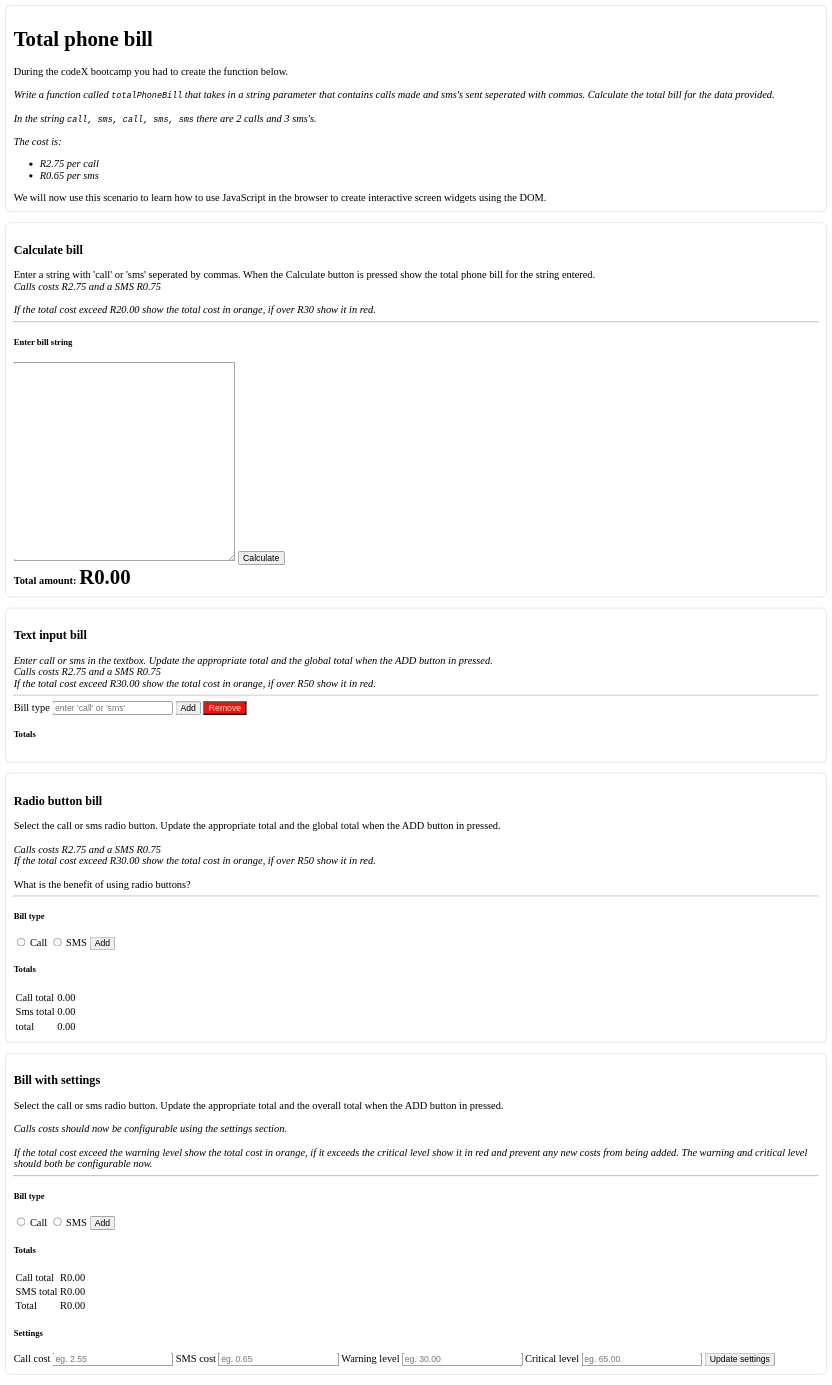
Repository: lasity34/Phone-bill
Page: index.html
An editor plug-in stored every save of this project. The page is shown before and after the next save, followed by the edit.
The browser window is 1280 px wide. The pictures show the whole page, at 65% of full size.
Some web libraries are served in a nearby version.

Above is the page before, as saved 2023-05-06 15:47:46.
Not found: css/skeleton.css

### index.html
<!DOCTYPE html>
<html>
  <head>
    <meta charset="utf-8" />
    <title></title>
    <link rel="stylesheet" href="css/skeleton.css" />
    <link rel="stylesheet" href="css/style.css" />
    <script src="https://cdnjs.cloudflare.com/ajax/libs/handlebars.js/4.0.11/handlebars.min.js"></script>
    <script type="text/x-template" id="billTemplate">
      {{#each differentCosts}}
      <tr>
      <td>{{name}} total</td>
      <td><span>{{total}}</span></td>
      </tr>
      {{/each}}
    </script>
    <script type="text/x-template" id="radioTemplate">
      {{#each differentCosts}}
      <tr>
      <td>{{name}} total</td>
      <td><span>{{total}}</span></td>
      </tr>
      {{/each}}
    </script>
  </head>
  <body>
    <div class="container">
      <div class="row">
        <div class="twelve columns box">
          <h1>Total phone bill</h1>

          <div class="">
            During the codeX bootcamp you had to create the function below.
          </div>

          <br />

          <div class="">
            <i
              >Write a function called <code>totalPhoneBill</code> that takes in
              a string parameter that contains calls made and sms's sent
              seperated with commas. Calculate the total bill for the data
              provided. <br /><br />
              In the string <code>call, sms, call, sms, sms</code> there are 2
              calls and 3 sms's.
              <br />
              <br />
              The cost is:
              <ul>
                <li>R2.75 per call</li>
                <li>R0.65 per sms</li>
              </ul>
            </i>
          </div>

          <div class="">
            We will now use this scenario to learn how to use JavaScript in the
            browser to create interactive screen widgets using the DOM.
          </div>
        </div>
      </div>
      <div class="row">
        <div class="six columns box">
          <h3>Calculate bill</h3>
          Enter a string with 'call' or 'sms' seperated by commas. When the
          Calculate button is pressed show the total phone bill for the string
          entered.

          <div class="">
            <i>Calls costs R2.75 and a SMS R0.75</i>
          </div>
          <br />
          <div class="">
            <i
              >If the total cost exceed R20.00 show the total cost in orange, if
              over R30 show it in red.</i
            >
          </div>

          <hr />

          <!-- billString calculateBtn billTotal -->

          <div class="row">
            <div class="eight columns">
              <h5>Enter bill string</h5>
              <textarea
                name="name"
                rows="20"
                cols="40"
                class="billString"
              ></textarea>
              <button
                class="button-primary calculateBtn"
                on
                type="button"
                name="button"
              >
                Calculate
              </button>
            </div>
            <div class="four columns">
              <strong>Total amount:</strong>
              <span class="total">R<span class="billTotal">0.00</span> </span>
            </div>
          </div>
        </div>
        <div class="six columns box">
          <!--  text input bill -->
          <h3>Text input bill</h3>

          <div class="">
            <i
              >Enter call or sms in the textbox. Update the appropriate total
              and the global total when the ADD button in pressed.</i
            >
          </div>
          <div class="">
            <i>Calls costs R2.75 and a SMS R0.75</i>
          </div>

          <div class="">
            <i
              >If the total cost exceed R30.00 show the total cost in orange, if
              over R50 show it in red.</i
            >
          </div>
          <hr />

          <div class="row">
            <div class="six columns">
              <label for="">Bill type</label>
              <input
                type="text"
                name=""
                value=""
                placeholder="enter 'call' or 'sms' "
                class="billTypeText"
              />
              <button
                class="button-primary addToBillBtn"
                type="button"
                name="button"
              >
                Add
              </button>
              <button class="resetBtn" type="button" name="button">
                Remove
              </button>
            </div>
            <div class="six columns">
              <h5>Totals</h5>
              <table class="textTotals"></table>
            </div>
          </div>
        </div>
      </div>
      <div class="row">
        <div class="six columns box">
          <h3>Radio button bill</h3>

          <div class="">
            Select the call or sms radio button. Update the appropriate total
            and the global total when the ADD button in pressed.
          </div>
          <br />
          <div class="">
            <i>Calls costs R2.75 and a SMS R0.75</i>
          </div>

          <div class="">
            <i
              >If the total cost exceed R30.00 show the total cost in orange, if
              over R50 show it in red.</i
            >
          </div>
          <br />
          <div class="">What is the benefit of using radio buttons?</div>

          <hr />

          <div class="row">
            <div class="six columns">
              <h5>Bill type</h5>
              <label class="">
                <input
                  type="radio"
                  name="billItemType"
                  class="billItemTypeRadio"
                  value="call"
                />
                <span class="label-body">Call</span>
              </label>
              <label class="">
                <input
                  type="radio"
                  name="billItemType"
                  class="billItemTypeRadio"
                  value="sms"
                />
                <span class="label-body">SMS</span>
              </label>
              <button
                class="button-primary radioBillAddBtn"
                type="button"
                name="button"
              >
                Add
              </button>
            </div>
            <div class="six columns">
              <h5>Totals</h5>
              <table class="radioTotals"></table>
            </div>
          </div>
        </div>
        <div class="six columns box">
          <h3>Bill with settings</h3>
          <div class="">
            Select the call or sms radio button. Update the appropriate total
            and the overall total when the ADD button in pressed.
          </div>
          <br />
          <div class="">
            <i
              >Calls costs should now be configurable using the settings
              section.</i
            >
          </div>
          <br />
          <div class="">
            <i
              >If the total cost exceed the warning level show the total cost in
              orange, if it exceeds the critical level show it in red and
              prevent any new costs from being added. The warning and critical
              level should both be configurable now.</i
            >
          </div>

          <hr />

          <div class="row">
            <!-- billItemTypeWithSettings -->

            <div class="six columns">
              <h5>Bill type</h5>
              <label class="">
                <input
                  type="radio"
                  name="billItemTypeWithSettings"
                  class="billItemTypeWithSettings"
                  value="call"
                />
                <span class="label-body">Call</span>
              </label>
              <label class="">
                <input
                  type="radio"
                  name="billItemTypeWithSettings"
                  class="billItemTypeWithSettings"
                  value="sms"
                />
                <span class="label-body">SMS</span>
              </label>
              <button
                class="button-primary addBtnSetting"
                type="button"
                name="button"
              >
                Add
              </button>

              <h5>Totals</h5>
              <table>
                <tr>
                  <td>Call total</td>
                  <td>R<span class="callTotalSettings">0.00</span></td>
                </tr>
                <tr>
                  <td>SMS total</td>
                  <td>R<span class="smsTotalSettings">0.00</span></td>
                </tr>
                <tr>
                  <td>Total</td>
                  <td>R<span class="totalSettings">0.00</span></td>
                </tr>
              </table>
            </div>
            <div class="six columns">
              <h5>Settings</h5>
              <label for="exampleEmailInput">Call cost</label>
              <input
                class="u-full-width callCostSetting"
                type="number"
                placeholder="eg. 2.55"
                name="setting"
              />
              <label for="exampleEmailInput">SMS cost</label>
              <input
                class="u-full-width smsCostSetting"
                type="number"
                placeholder="eg. 0.65"
                name="setting"
              />
              <label for="">Warning level</label>
              <input
                class="u-full-width warningLevelSetting"
                type="number"
                placeholder="eg. 30.00"
                class="warningLevel"
                name="setting"
              />
              <label for="">Critical level</label>
              <input
                class="u-full-width criticalLevelSetting"
                type="number"
                placeholder="eg. 65.00"
                name="setting"
              />
              <button
                class="button-primary updateSettings"
                type="button"
                name="button"
              >
                Update settings
              </button>
            </div>
          </div>
        </div>
      </div>
    </div>

    <script src="./js/calculate-bill.js" charset="utf-8"></script>
    <script src="./js/text-bill.js" charset="utf-8"></script>
    <script src="js/radio-bill.js" charset="utf-8"></script>
    <script src="js/settings-bill.js" charset="utf-8"></script>
  </body>
</html>

<!-- billTotal -->

### css/style.css
.box {
  padding: 0.75em;
  border-radius : 0.5em;
  border : 1px solid #ddd;
  height: auto;
  margin-bottom: 1em;
}

.warning {
  color: orange;
  font-weight: bold;
}

.danger {
  color: crimson;
  font-weight: bold;
}

.total {
  font-weight: bold;
  font-size: 2em;
}

.resetBtn {
  background-color: rgb(255, 11, 11);
  color: antiquewhite;
}

### js/calculate-bill.js
//get a reference to the calculate button
const calculateBtnElement = document.querySelector(".calculateBtn")
//get a reference to the billTotal element
const billTotalElement = document.querySelector(".billTotal")
//get a reference to the billString
const billStringElement = document.querySelector(".billString")
//create the function that will be called when the calculate button is pressed
//  * this function should read the string value entered - split it on a comma.
//  * loop over all the entries in the the resulting list
//  * check if it is a call or an sms and add the right amount to the overall total
//  * once done looping over all the entries - display the total onto the screen in the billTotal element
function calculateBtnClicked () {

    const billString = billStringElement.value

    let billTotal = 0;
    const billItems = billString.split(",");

    for (let i = 0; i < billItems.length; i++) {
        const loopedBill = billItems[i]

      if (loopedBill.includes("sms")) {
          billTotal += 0.75;
      } else if(loopedBill.includes("call")) {
          billTotal += 2.75;
      }
    }

    billTotalElement.classList.remove("warning")
    billTotalElement.classList.remove("danger")


    if ( billTotal > 30 ) {
        billTotalElement.classList.add("danger")
    } else if ( billTotal > 20) {
        billTotalElement.classList.add("warning")
    }

   const roundedTotalBill = billTotal.toFixed(2);
    billTotalElement.innerHTML = roundedTotalBill
  return `R${roundedTotalBill}`

}
//link the function to a click event on the calculate button

    calculateBtnElement.addEventListener("click", calculateBtnClicked)

### js/text-bill.js
// get a reference to the textbox where the bill type is to be entered

//get a reference to the add button

//create a variable that will keep track of the total bill

//add an event listener for when the add button is pressed

//in the event listener check if the value in the bill type textbox is 'sms' or 'call'
// * add the appropriate value to the running total
// * add nothing for invalid values that is not 'call' or 'sms'.
// * display the latest total on the screen\index.html

const billTypeText = document.querySelector(".billTypeText");
const textTotalAddBtn = document.querySelector(".addToBillBtn");
const textTotalRemoveBtn = document.querySelector(".resetBtn");
const totalElem = document.querySelector(".total");

let callsTotal = 0.0;
let smsTotal = 0.0;
let totalRadio = 0.0;

function textBillTotal() {
  const billTypeEntered = billTypeText.value.trim();

  if (billTypeEntered === "call") {
    callsTotal += 2.75;
  } else if (billTypeEntered === "sms") {
    smsTotal += 0.75;
  }

  total = callsTotal + smsTotal;

  if (total > 50) {
    totalElem.classList.add("danger");
  } else if (total > 30) {
    totalElem.classList.add("warning");
  }
  updateTemplate();
}

function removeTotal() {
  callsTotal = 0;
  smsTotal = 0;
  updateTemplate();
}

function updateTemplate() {
    const templateSource = document.querySelector("#billTemplate").innerHTML;
    const radioTemplate = Handlebars.compile(templateSource);
    const radioCostDataElem = document.querySelector(".textTotals");
    const costData = {
      differentCosts: [
        { name: "Call", total: callsTotal.toFixed(2) },
        {
          name: "Sms",
          total: smsTotal.toFixed(2),
        },
        {
          name: "",
          total: totalRadio.toFixed(2),
        },
      ],
    };

    const userDataHTML = radioTemplate(costData);
    console.log(userDataHTML)
    radioCostDataElem.innerHTML = userDataHTML;
  }

  document.addEventListener("DOMContentLoaded", function () {
    updateTemplate();
  });

textTotalAddBtn.addEventListener("click", textBillTotal);
textTotalRemoveBtn.addEventListener("click", removeTotal);

### js/radio-bill.js
// get a reference to the sms or call radio buttons

//get a reference to the add button

//create a variable that will keep track of the total bill

//add an event listener for when the add button is pressed

//in the event listener get the value from the billItemTypeRadio radio buttons
// * add the appropriate value to the running total
// * add nothing for invalid values that is not 'call' or 'sms'.
// * display the latest total on the screen

const radioBillAddBtnElement = document.querySelector(".radioBillAddBtn");

// "input[name='billItemType']:checked"
const callTotalTwoElement = document.querySelector(".callTotalTwo");
const smsTotalTwoElement = document.querySelector(".smsTotalTwo");
const totalTwoElement = document.querySelector(".totalTwo");

let smsTotalRadio = 0;
let callTotalRadio = 0;
let billTotal = 0;
function calculateRadioBtn() {
  const checkedRadioBtnElement = document.querySelector(
    "input[name='billItemType']:checked"
  );

  if (checkedRadioBtnElement) {
    const billItemType = checkedRadioBtnElement.value;

    if (billItemType === "call") {
      callTotalRadio += 2.75;
    } else if (billItemType === "sms") {
      smsTotalRadio += 0.75;
    }
  }


  billTotal = callTotalRadio + smsTotalRadio;


  totalTwoElement.classList.remove("danger");
  totalTwoElement.classList.remove("warning");

  if (totalBill > 30) {
    totalTwoElement.classList.add("danger");
  } else if (totalBill > 20) {
    totalTwoElement.classList.add("warning");
  }
  updateTemplate();
}

function updateTemplate() {
  const templateSource = document.querySelector("#radioTemplate").innerHTML;
  const userTemplate = Handlebars.compile(templateSource);
  const radioCostDataElem = document.querySelector(".radioTotals");
  const costData = {
    differentCosts: [
      { name: "Call", total: callTotalRadio.toFixed(2) },
      {
        name: "Sms",
        total: smsTotalRadio.toFixed(2),
      },
      {
        name: "",
        total: billTotal.toFixed(2),
      },
    ],
  };

  const userDataHTML = userTemplate(costData);
  radioCostDataElem.innerHTML = userDataHTML;
}

document.addEventListener("DOMContentLoaded", function () {
  updateTemplate();
});

radioBillAddBtnElement.addEventListener("click", calculateRadioBtn);

### js/settings-bill.js


// get refences to all the settings fields

//get a reference to the add button

//get a reference to the 'Update settings' button

// create a variables that will keep track of all the settings

// create a variables that will keep track of all three totals.

//add an event listener for when the 'Update settings' button is pressed

//add an event listener for when the add button is pressed

//in the event listener get the value from the billItemTypeRadio radio buttons
// * add the appropriate value to the call / sms total
// * add the appropriate value to the overall total
// * add nothing for invalid values that is not 'call' or 'sms'.
// * display the latest total on the screen.
// * check the value thresholds and display the total value in the right color.

// totals Display
const calltotalSettingsElement = document.querySelector(".callTotalSettings");
const smsTotalSettingsElement = document.querySelector(".smsTotalSettings");
const totalBillSettingsElement = document.querySelector(".totalSettings");

// Buttons
const addBtnSettingElement = document.querySelector(".addBtnSetting");
const updateBtnSettingElement = document.querySelector(".updateSettings");

// settings element
const callCostSettingEl = document.querySelector(".callCostSetting");
const smsCostSettingEl = document.querySelector(".smsCostSetting");
const warningSettingEl = document.querySelector(".warningLevelSetting");
const criticalLevelSettingEl = document.querySelector(".criticalLevelSetting");

// totals
let smsSettingTotal = 0;
let callSettingTotal = 0;

// settings updated
let callValue = 0;
let smsValue = 0;
let warningValue = 0;
let criticalValue = 0;
let totalBill = 0

function updatedSettings() {
  callValue = parseInt(callCostSettingEl.value) || 0 ;
  smsValue = parseInt(smsCostSettingEl.value);
  warningValue = parseInt(warningSettingEl.value);
  criticalValue = parseInt(criticalLevelSettingEl.value)
  totalBillSettingsElement.classList.remove("danger")
  totalBillSettingsElement.classList.remove("warning")

  if (totalBill >= criticalValue) {
    totalBillSettingsElement.classList.add("danger")
} else if (totalBill >= warningValue) {
    totalBillSettingsElement.classList.add("warning")
}


}

function totalBillWithSettings() {
  const checkedRadioBtn = document.querySelector(
    "input[name='billItemTypeWithSettings']:checked"
  );

  if (checkedRadioBtn) {
    const billItemType = checkedRadioBtn.value;

    if(totalBill < criticalValue ) {

        if (billItemType === "call") {
            callSettingTotal += callValue;
          } else if (billItemType === "sms") {
            smsSettingTotal += smsValue;
          }
    }

  }


  calltotalSettingsElement.innerHTML = callSettingTotal.toFixed(2);
  smsTotalSettingsElement.innerHTML = smsSettingTotal.toFixed(2);
  totalBill = callSettingTotal + smsSettingTotal;
  totalBillSettingsElement.innerHTML = totalBill.toFixed(2);

  totalBillSettingsElement.classList.remove("danger")
  totalBillSettingsElement.classList.remove("warning")

  if (totalBill >= criticalValue) {
        totalBillSettingsElement.classList.add("danger")
  } else if (totalBill >= warningValue) {
        totalBillSettingsElement.classList.add("warning")
  }
}

updateBtnSettingElement.addEventListener("click", updatedSettings);
addBtnSettingElement.addEventListener("click", totalBillWithSettings);

After the next save:
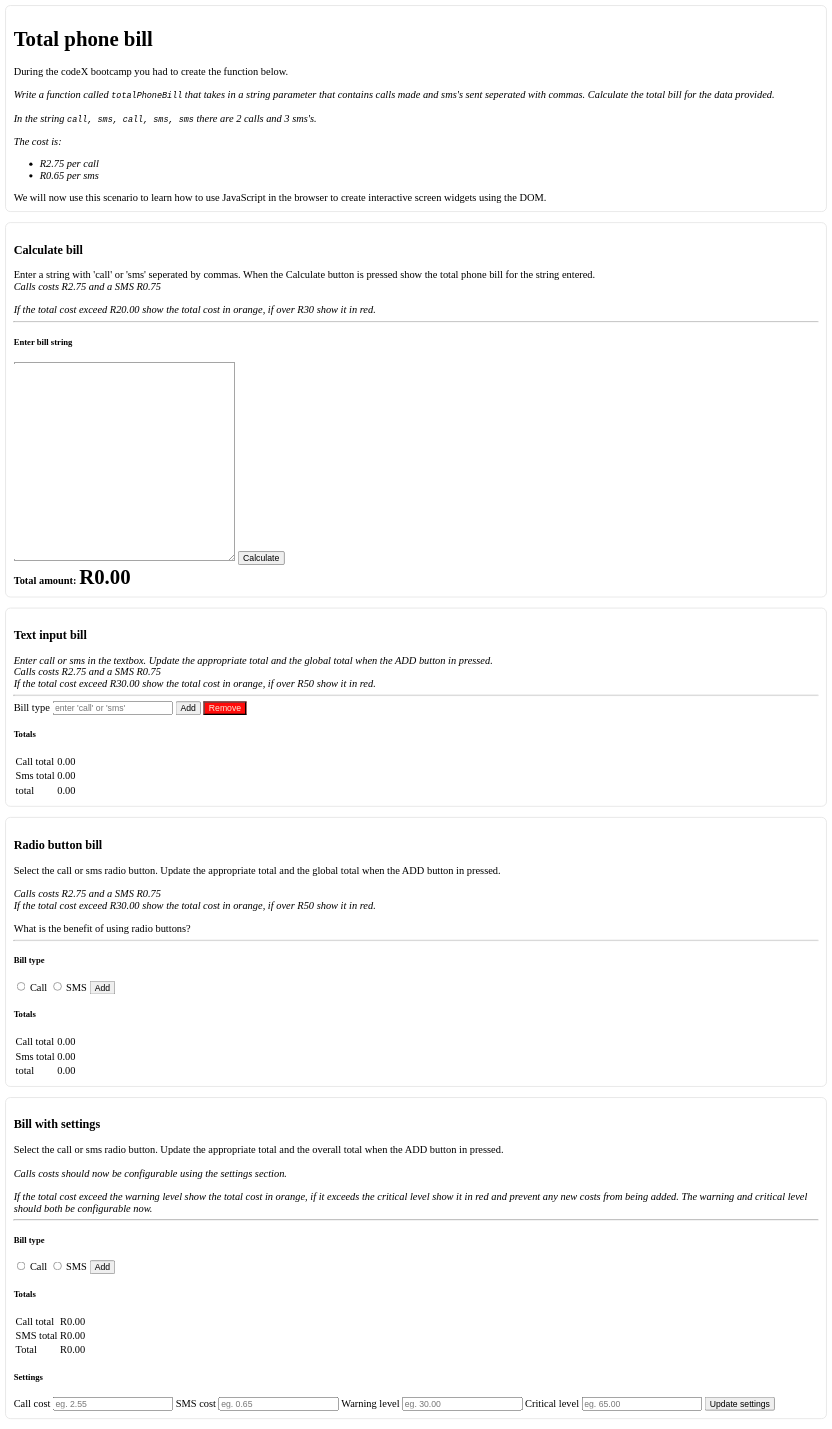
Saved 4 min 5 s later.
--- a/js/text-bill.js
+++ b/js/text-bill.js
@@ -36,7 +36,7 @@ function textBillTotal() {
   } else if (total > 30) {
     totalElem.classList.add("warning");
   }
-  updateTemplate();
+  updateTextTemplate();
 }
 
 function removeTotal() {
@@ -45,7 +45,7 @@ function removeTotal() {
   updateTemplate();
 }
 
-function updateTemplate() {
+function updateTextTemplate() {
     const templateSource = document.querySelector("#billTemplate").innerHTML;
     const radioTemplate = Handlebars.compile(templateSource);
     const radioCostDataElem = document.querySelector(".textTotals");
@@ -69,7 +69,7 @@ function updateTemplate() {
   }
 
   document.addEventListener("DOMContentLoaded", function () {
-    updateTemplate();
+    updateTextTemplate();
   });
 
 textTotalAddBtn.addEventListener("click", textBillTotal);
